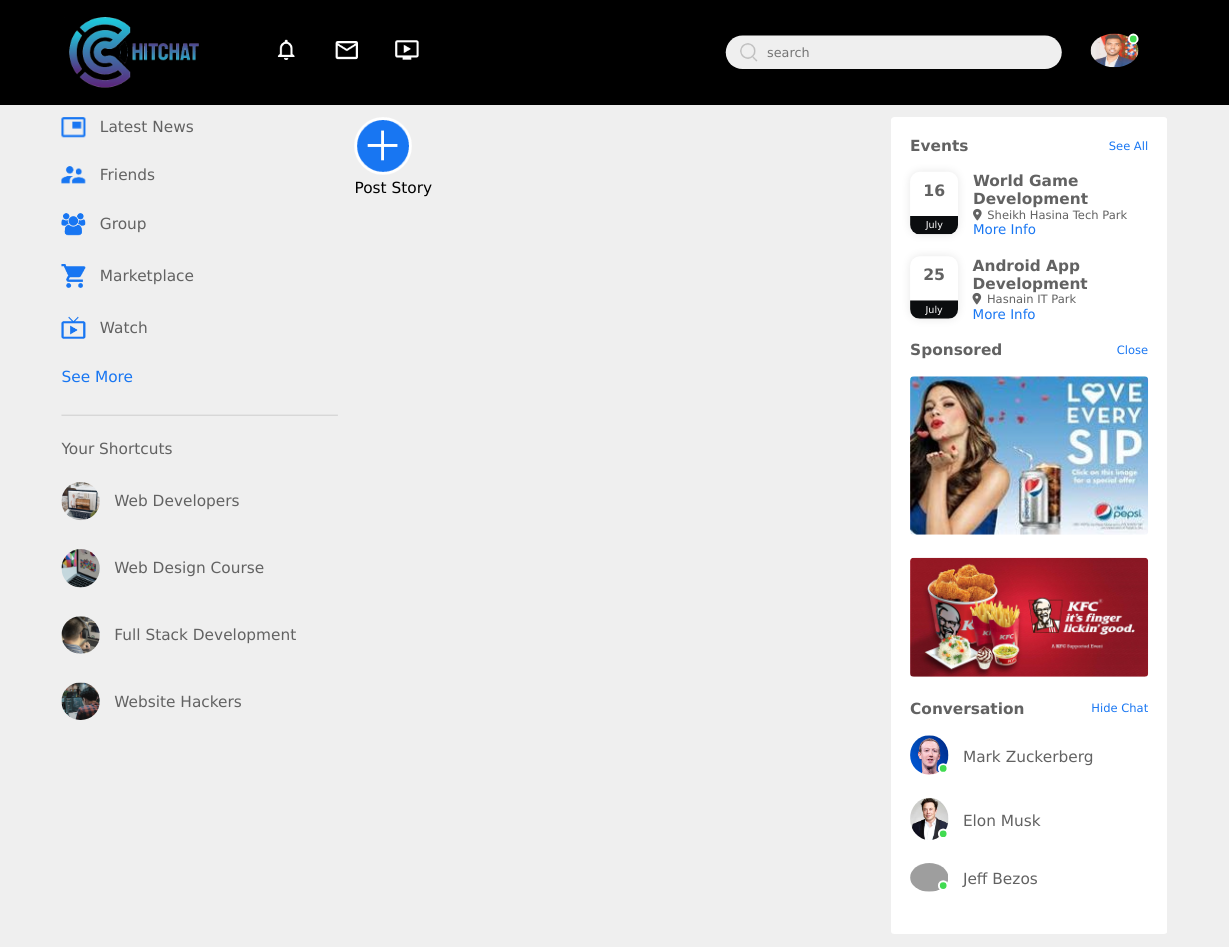
Repository: omarhasnain/ChitChat
Page: index.html
The author's editor kept a copy of each file at every save. The page is drawn from the files as they stood at one save, then again after the next save.
The browser window is 1280 px wide. The pictures show the whole page, at 96% of full size.
Pictures or frames that could not be fetched are drawn as grey boxes. Some web libraries are served in a nearby version.

Above is the page before, as saved 2021-07-12 22:59:57.

### index.html
<!DOCTYPE html>
<html lang="en">

<head>
    <meta charset="UTF-8">
    <meta http-equiv="X-UA-Compatible" content="IE=edge">
    <meta name="viewport" content="width=device-width, initial-scale=1.0">
    <title>ChitChat</title>
    <link rel="stylesheet" href="style.css">
    <link rel="shortcut icon" href="images/fav-ico.ico" type="image/x-icon">
    <script src="https://kit.fontawesome.com/07933890e6.js" crossorigin="anonymous"></script>
</head>

<body>
    <nav>
        <div class="nav-left">
            <img src="images/logo4.png" alt="logo" class="logo">
            <ul>
                <li><img src="images/notification.png" alt="" class=""></li>
                <li><img src="images/inbox.png" alt="" class=""></li>
                <li><img src="images/video.png" alt="" class=""></li>
            </ul>
        </div>
        <div class="nav-right">
            <div class="search-box">
                <img src="images/search.png" alt="">
                <input type="text" placeholder="search">
            </div>
            <div class="nav-user-icon online">
                <img src="images/FC.jpg" alt="">
            </div>
        </div>
    </nav>
    <div class="container">
        <!---- Left sidebar --->
        <div class="left-sidebar">
            <div class="important-links">
                <a href="#"><img src="images/news.png" alt="news">Latest News</a>
                <a href="#"><img src="images/friends.png">Friends</a>
                <a href="#"><img src="images/group.png">Group</a>
                <a href="#"><img src="images/marketplace.png">Marketplace</a>
                <a href="#"><img src="images/watch.png">Watch</a>
                <a href="#">See More</a>
            </div>
            <div class="shortcut-links">
                <p>Your Shortcuts</p>
                <a href="#"><img src="images/shortcut-1.png" alt="">Web Developers</a>
                <a href="#"><img src="images/shortcut-2.png" alt="">Web Design Course</a>
                <a href="#"><img src="images/shortcut-3.png" alt="">Full Stack Development</a>
                <a href="#"><img src="images/shortcut-4.png" alt="">Website Hackers</a>
            </div>
        </div>
        <!---- Main Content --->
        <div class="main-content">
            <div class="story-gallery">
                <div class="story">
                    <img src="images/upload.png" alt="">
                    <p>Post Story</p>
                </div>
            </div>
        </div>
        <!---- Right sidebar --->
        <div class="right-sidebar">
            <div class="sidebar-title">
                <h4>Events</h4>
                <a href="#">See All</a>
            </div>
            <div class="event">
                <div class="left-event">
                    <h3>16</h3>
                    <span>July</span>
                </div>
                <div class="right-event">
                    <h4>World Game Development</h4>
                    <p><i class="fas fa-map-marker-alt"></i>Sheikh Hasina Tech Park</p>
                    <a href="">More Info</a>
                </div>
            </div>
            <div class="event">
                <div class="left-event">
                    <h3>25</h3>
                    <span>July</span>
                </div>
                <div class="right-event">
                    <h4>Android App Development</h4>
                    <p><i class="fas fa-map-marker-alt"></i>Hasnain IT Park </p>
                    <a href="">More Info</a>
                </div>
            </div>
            <div class="sidebar-title">
                <h4>Sponsored</h4>
                <a href="#">Close</a>
            </div>
            <a href="https://www.pepsi.com/" target="blank"><img src="images/pepsi-sip.jpg" class="sidebar-ads" alt=""></a><br>
            <a href="https://kfcbd.com/" target="blank"> <img src="images/kfc.jpg" class="sidebar-ads" alt=""></a>
            <div class="sidebar-title">
                <h4>Conversation</h4>
                <a href="#">Hide Chat</a>
            </div>
            <div class="online-list">
                <div class="online">
                    <img src="images/member-1.png" alt="">
                </div>
                <p>Mark Zuckerberg</p>
            </div>
            <div class="online-list">
                <div class="online">
                    <img src="images/member-2.png" alt="">
                </div>
                <p>Elon Musk</p>
            </div>
            <div class="online-list">
                <div class="online">
                    <img src="images/member-3.png" alt="">
                </div>
                <p>Jeff Bezos</p>
            </div>
        </div>
    </div>
</body>

</html>

### style.css
* {
    margin: 0;
    padding: 0;
    font-family: Verdana;
    box-sizing: border-box;
}

body {
    background-color: #efefef;
}

nav {
    display: flex;
    align-items: center;
    justify-content: space-between;
    background: rgb(0, 0, 0);
    padding: 5px 5%;
    position: sticky;
    top: 0;
    z-index: 100;
}

.logo {
    width: 160px;
    margin-right: 45px;
}

.nav-left,
.nav-right {
    display: flex;
    align-items: center;
}

.nav-left ul li {
    list-style: none;
    display: inline-block;
}

.nav-left ul li img {
    width: 28px;
    margin: 0 15px;
    cursor: pointer;
}

.nav-user-icon img {
    width: 50px;
    height: 35px;
    border-radius: 100%;
    cursor: pointer;
}

.nav-user-icon {
    margin: 30px;
}

.search-box {
    background: #efefef;
    width: 350px;
    border-radius: 20px;
    display: flex;
    align-items: center;
    padding: 0 15px;
}

.search-box img {
    width: 18px;
    cursor: pointer;
}

.search-box input {
    background: transparent;
    width: 100%;
    border: 0;
    display: flex;
    align-items: center;
    padding: 10px;
    outline: none;
}

.online {
    position: relative;
}

.online::after {
    content: '';
    width: 7px;
    height: 7px;
    border: 2px solid #fff;
    border-radius: 50%;
    background: #41db51;
    position: absolute;
    top: 0;
    right: 0;
}

.container {
    display: flex;
    justify-content: space-between;
    padding: 13px 5%;
}

.left-sidebar {
    flex-basis: 25%;
    position: sticky;
    top: 70px;
    align-self: flex-start;
}

.right-sidebar {
    flex-basis: 25%;
    position: sticky;
    top: 70px;
    align-self: flex-start;
    background: #fff;
    padding: 20px;
    border-radius: 4px;
    color: #626262;
}

.main-content {
    flex-basis: 47%;
}

.important-links a,
.shortcut-links a {
    text-decoration: none;
    display: flex;
    align-items: center;
    margin-bottom: 30px;
    color: #626262;
    width: fit-content;
}

.important-links a img {
    width: 25px;
    margin-right: 15px;
}

.important-links a:last-child {
    color: #1876f2;
}

.important-links {
    border-bottom: 1px solid #ccc;
}

.shortcut-links a img {
    width: 40px;
    border-radius: 30px;
    margin-right: 15px;
}

.shortcut-links p {
    margin: 25px 0;
    color: #626262;
    font-weight: 500;
}

.sidebar-title {
    display: flex;
    align-items: center;
    justify-content: space-between;
    margin-bottom: 18px;
}

.right-sidebar h4 {
    font-weight: 600;
    font-size: 16px;
}

.sidebar-title a {
    text-decoration: none;
    color: #1876f2;
    font-size: 12px;
}

.event {
    display: flex;
    font-size: 14px;
    margin-bottom: 20px;
}

.left-event {
    border-radius: 10px;
    height: 65px;
    width: 65px;
    margin-right: 15px;
    padding-top: 10px;
    text-align: center;
    position: relative;
    overflow: hidden;
    box-shadow: 0 0 10px rgba(0, 0, 0, 0.1);
}

.event p {
    font-size: 12px;
}

.event a {
    font-size: 12 px;
    text-decoration: none;
    color: #1876f2;
}

.left-event span {
    position: absolute;
    bottom: 0;
    left: 0;
    width: 100%;
    background: #0b0d0f;
    font-size: 10px;
    padding: 4px 0;
    color: #fff;
}

.fas {
    padding-right: 6px;
}

.sidebar-ads {
    width: 100%;
    margin-bottom: 20px;
    border-radius: 4px;
    cursor: pointer;
}

.online-list {
    display: flex;
    align-items: center;
    margin-bottom: 20px;
}

.online-list .online img {
    width: 40px;
    border-radius: 50%;
}

.online-list .online {
    width: 40px;
    border-radius: 50%;
    margin-right: 15px;
}

.online-list .online::after {
    top: unset;
    bottom: 5px;
}

.story-gallery {
    display: flex;
    justify-content: space-between;
    margin-bottom: 20px;
}

.story {
    flex-basis: 18%;
}

After the next save:
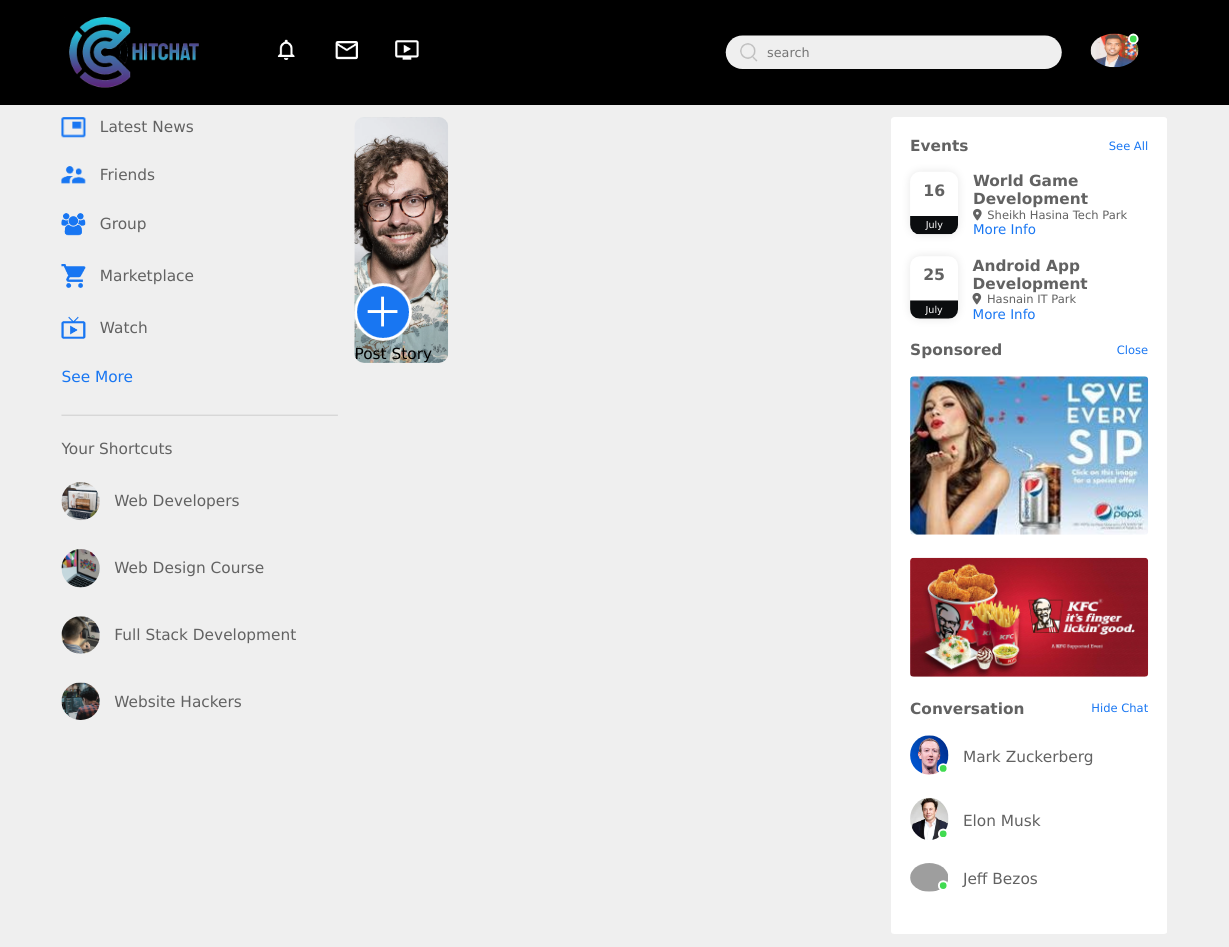
Saved 2 min 13 s later.
--- a/style.css
+++ b/style.css
@@ -254,4 +254,10 @@
 
 .story {
     flex-basis: 18%;
-}
+    padding-top: 32%;
+    position: relative;
+    background-image: url(images/status-1.png);
+    background-position: center;
+    background-size: cover;
+    border-radius: 10px;
+}
